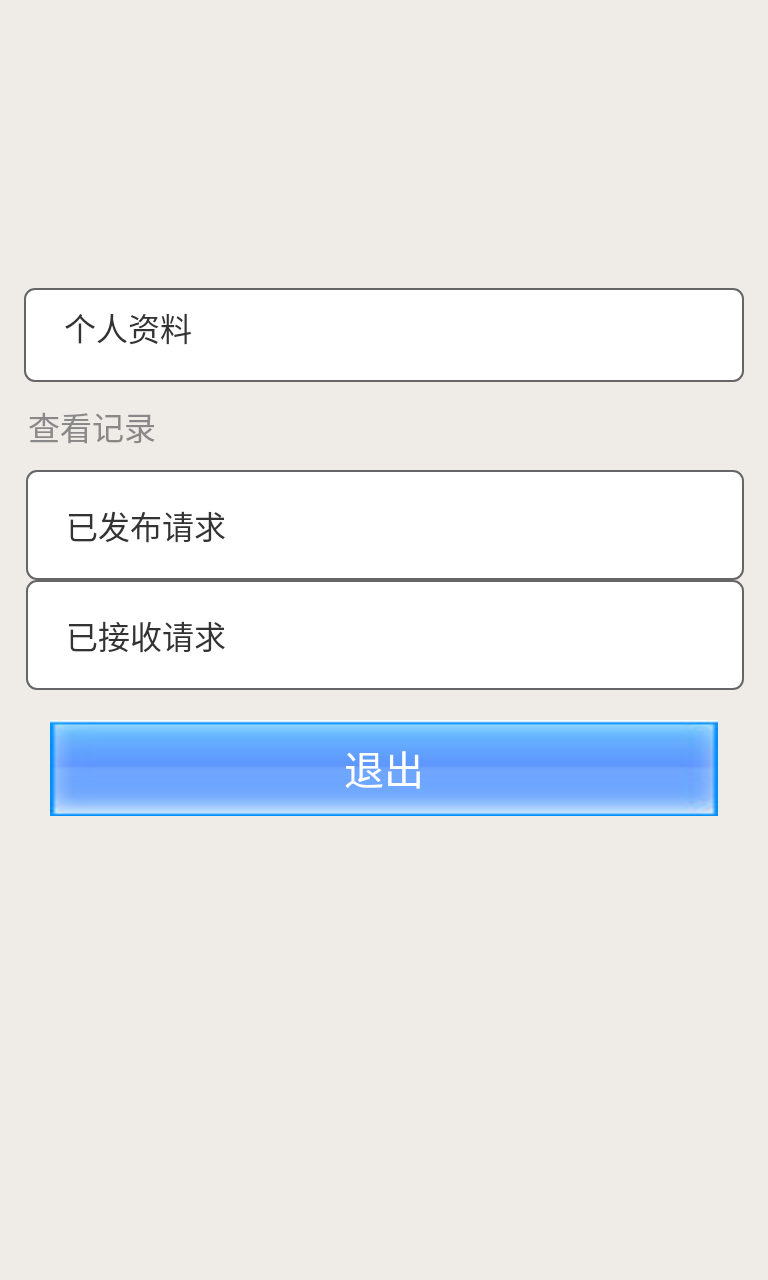
Repository: fariashen/campus-express
Layout: easyCourier/res/layout/fragment_personalcenter.xml
An editor plug-in stored every save of this project. The layout is shown before and after the next save, followed by the edit.
It is drawn on a 768 x 1280 px phone screen (xhdpi) without system bars, with theme AppTheme; the app's code is not run.

Above is the layout before, as saved 2016-04-25 07:44:45.

After the next save:
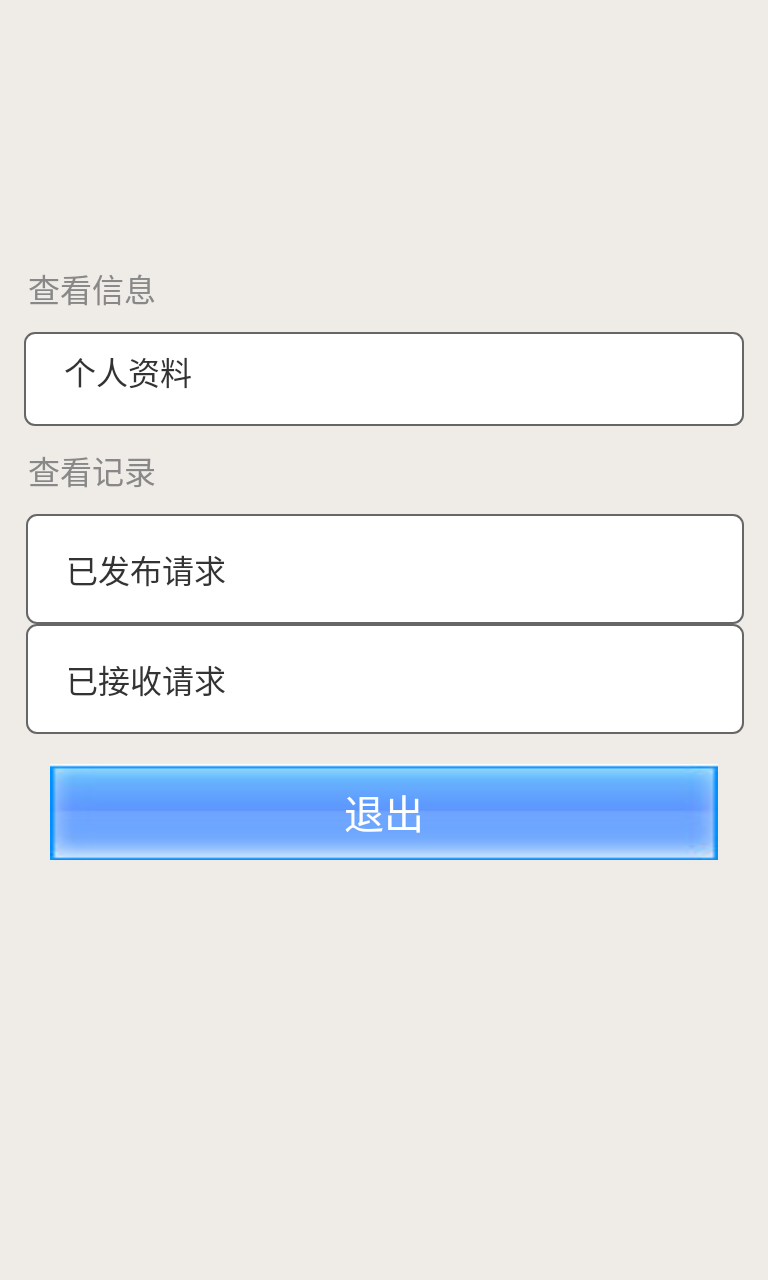
Saved 3 min 13 s later.
--- a/easyCourier/res/layout/fragment_personalcenter.xml
+++ b/easyCourier/res/layout/fragment_personalcenter.xml
@@ -17,6 +17,17 @@ android:gravity="center"
             android:paddingRight="10.0dip"
             android:paddingTop="10.0dip" >
 
+                        <TextView
+                android:layout_width="fill_parent"
+                android:layout_height="wrap_content"
+                android:layout_marginBottom="10.0dip"
+                android:layout_marginTop="10.0dip"
+                android:gravity="center_vertical"
+                android:paddingLeft="4.0dip"
+                android:text="查看信息"
+                android:textColor="#ff888888"
+                android:textSize="16.0sp" />
+
             <LinearLayout
                 android:layout_width="fill_parent"
                 android:layout_height="wrap_content" >
@@ -193,21 +204,23 @@ android:gravity="center"
                     </TableRow>
                 </TableLayout>
             </LinearLayout>
+
       <Button
-        android:id="@+id/bt_PersonalCenter_Exit"
-        android:layout_marginTop="15dp"
-        android:layout_width="fill_parent"
-        android:layout_height="wrap_content"
-        android:layout_alignParentBottom="true"
-        android:layout_marginBottom="38dp"
-        android:layout_marginLeft="15.0dip"
-        android:layout_marginRight="15.0dip"
-        android:background="@drawable/anniu"
-        android:layout_gravity="bottom"
-        android:gravity="center"
-        android:text="退出"
-        android:textColor="#ffffff"
-        android:textSize="20sp" />
+          android:id="@+id/bt_PersonalCenter_Exit"
+          android:layout_width="fill_parent"
+          android:layout_height="wrap_content"
+          android:layout_alignParentBottom="true"
+          android:layout_gravity="bottom"
+          android:layout_marginBottom="38dp"
+          android:layout_marginLeft="15.0dip"
+          android:layout_marginRight="15.0dip"
+          android:layout_marginTop="15dp"
+          android:background="@drawable/anniu"
+          android:gravity="center"
+          android:text="退出"
+          android:textColor="#ffffff"
+          android:textSize="20sp" />
+
     </LinearLayout>
 
 </RelativeLayout>
